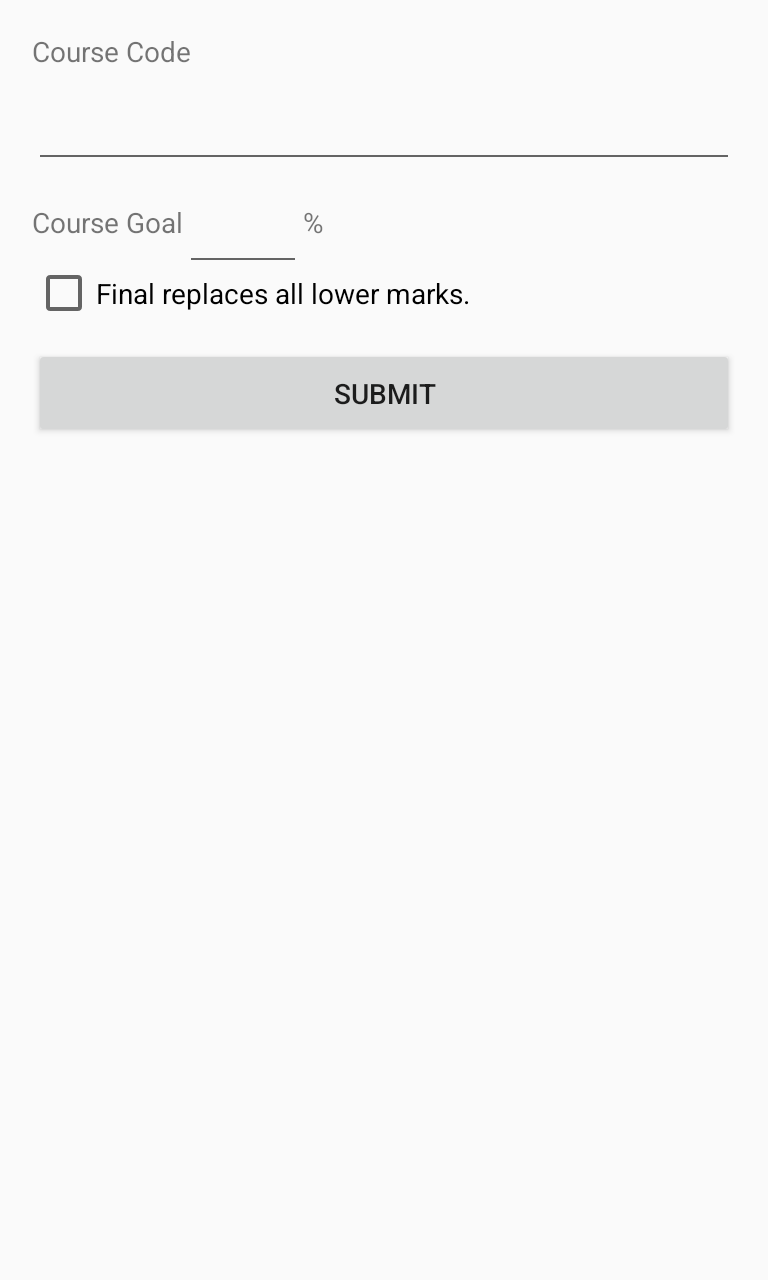
Repository: Tenergy05/GradePlanner
Layout: GradePlanner/res/layout/activity_add_course.xml
These files come from the project's save history. The layout is drawn as it stood at one moment and after the next save; the edit follows.
It is drawn on a 768 x 1280 px phone screen (xhdpi) without system bars, with theme AppTheme; the app's code is not run.

Above is the layout before, as saved 2015-01-04 02:19:25.

After the next save:
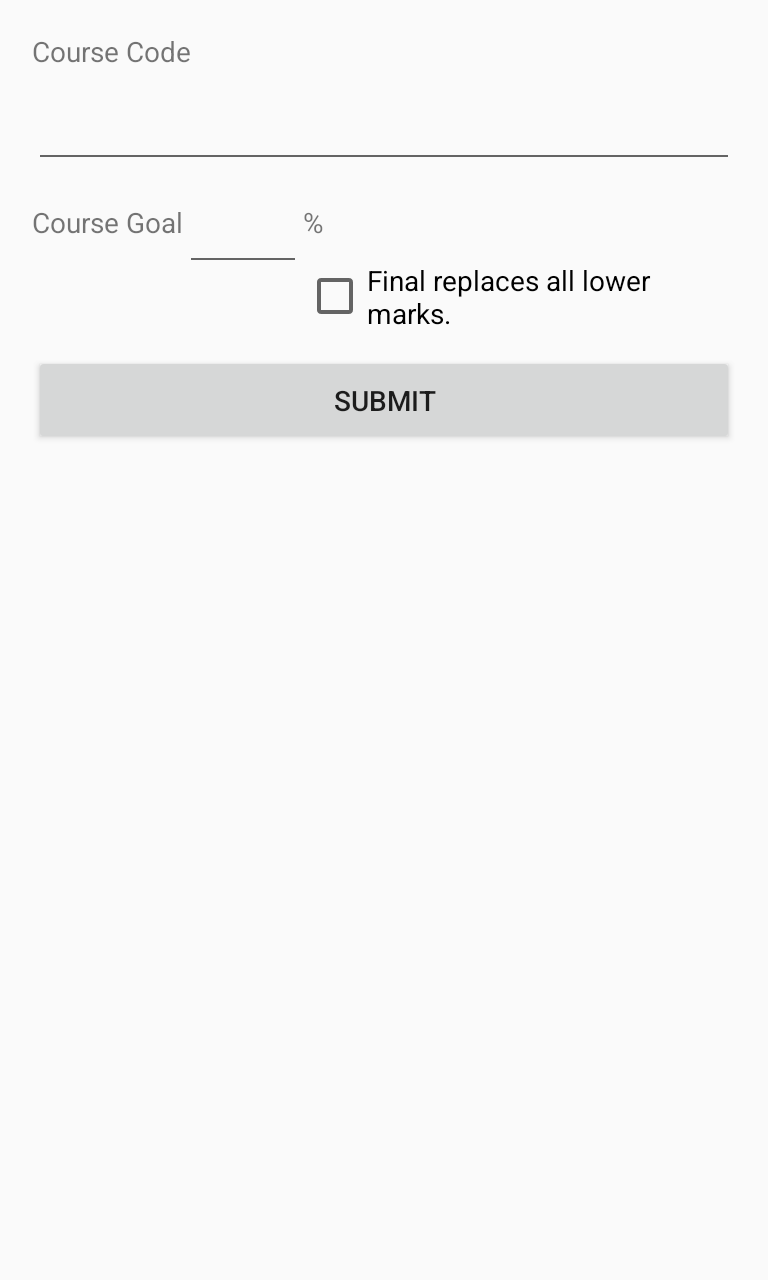
Saved 25 s later.
--- a/GradePlanner/res/layout/activity_add_course.xml
+++ b/GradePlanner/res/layout/activity_add_course.xml
@@ -74,8 +74,8 @@
         android:id="@+id/checkBox1"
         android:layout_width="wrap_content"
         android:layout_height="wrap_content"
-        android:layout_alignLeft="@+id/button1"
-        android:layout_below="@+id/textView2"
+        android:layout_alignLeft="@+id/textView3"
+        android:layout_below="@+id/textView3"
         android:layout_marginTop="10dp"
         android:text="@string/special_case" />
 

After the save that followed:
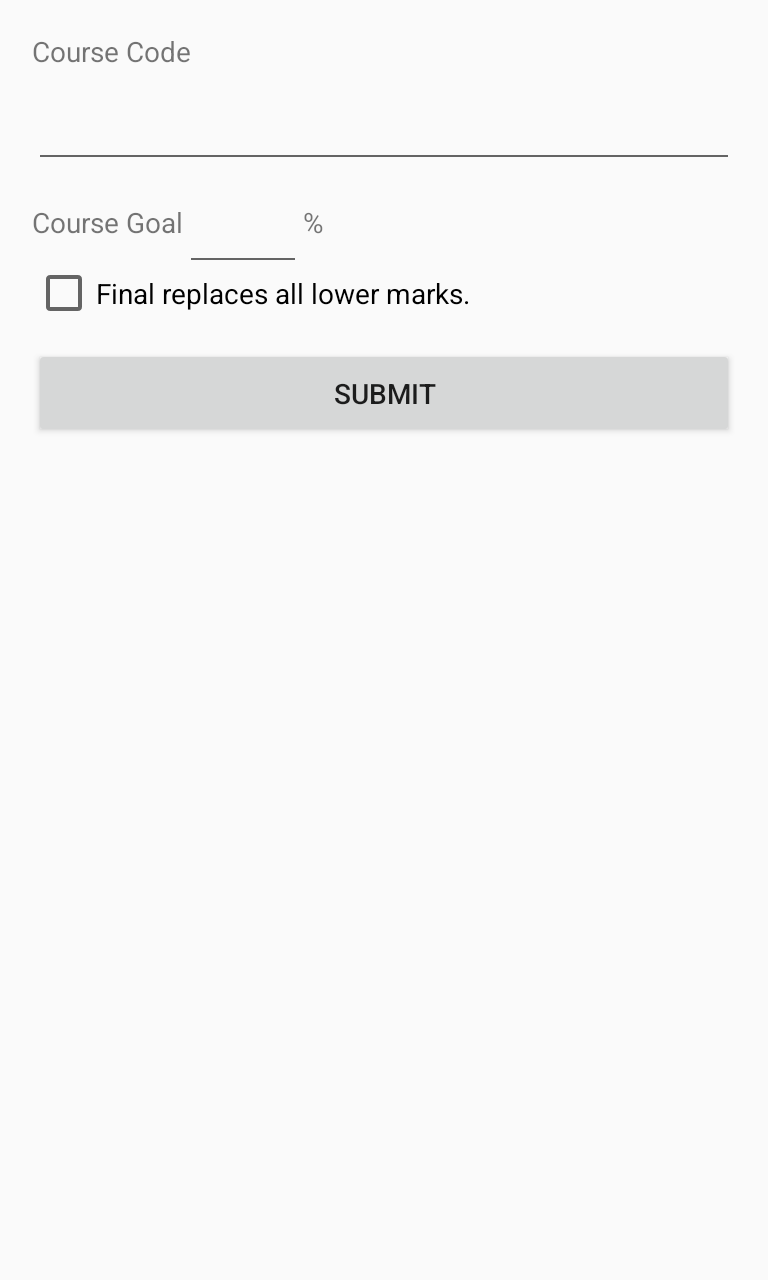
Saved 20 s later.
--- a/GradePlanner/res/layout/activity_add_course.xml
+++ b/GradePlanner/res/layout/activity_add_course.xml
@@ -74,8 +74,8 @@
         android:id="@+id/checkBox1"
         android:layout_width="wrap_content"
         android:layout_height="wrap_content"
-        android:layout_alignLeft="@+id/textView3"
-        android:layout_below="@+id/textView3"
+        android:layout_alignLeft="@+id/textView2"
+        android:layout_below="@+id/textView2"
         android:layout_marginTop="10dp"
         android:text="@string/special_case" />
 
